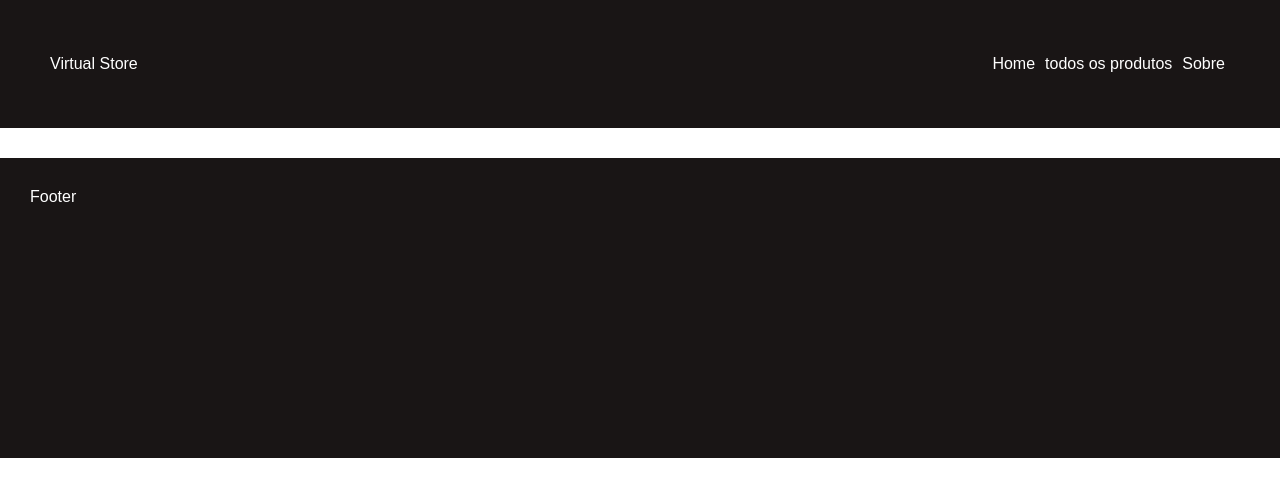
Repository: meiotera/virtuL-store
Page: /lista-de-produtos
An editor plug-in stored every save of this project. The page is shown before and after the next save, followed by the edit.
The browser window is 1280 px wide. The pictures show the whole page.
The page's requests for data from a server got no answer. The project was rebuilt for these pictures with package versions that can differ from the ones it lists, and the page was loaded fresh each time. No one was signed in, and anything a server would have sent is missing. Also part of the build but not shown: vite.config.js, src/pages/Home.jsx, src/styles/ProductCard.module.css, src/styles/Button.module.css, src/components/Button.jsx, src/components/ProductCard.jsx, src/styles/ProductDetail.module.css, src/pages/ProductDetail.jsx.

Above is the page before, as saved 2025-04-08 18:30:39.

### src/index.css
* {
  margin: 0;
  padding: 0;
  list-style: none;

  font-family: Arial, Helvetica, sans-serif;
  text-decoration: none;
  box-sizing: border-box;
}

body {
  margin: 0 auto;
}

### src/App.jsx
import { BrowserRouter, Link, Route, Routes } from 'react-router-dom';
import Header from './components/Header';
import Main from './components/Main';
import Footer from './components/Footer';
import Home from './pages/Home';
import ProductList from './pages/ProductList';
import ProductDetail from './pages/ProductDetail';

function App() {
  return (
    <BrowserRouter>
      <Header />

      <Main>
        <Routes>
          <Route path="/" element={<Home />} />
          <Route path="/lista-de-produtos" element={<ProductList />} />
          <Route
            path="/lista-de-produtos/:title/:id"
            element={<ProductDetail />}
          />
        </Routes>
      </Main>

      <Footer />
    </BrowserRouter>
  );
}

export default App;

### src/components/Header.jsx
import React from 'react';
import styles from '../styles/Header.module.css';

const Header = () => {
  return (
    <header className={styles.header}>
      <div className={styles.containerHeader}>
        <div>Virtual Store</div>

        <div className={styles.navContainer}>
          <nav>
            <a href="">Home</a>
            <a href="">todos os produtos</a>
            <a href="">Sobre</a>
          </nav>
        </div>
      </div>
    </header>
  );
};

export default Header;

### src/components/Main.jsx
import React from 'react';
import styles from '../styles/Main.module.css';

const Main = ({ children }) => {
  return <main className={styles.main}>{children}</main>;
};

export default Main;

### src/components/Footer.jsx
import React from 'react';
import styles from '../styles/Footer.module.css';

const Footer = () => {
  return <footer className={styles.footer}>Footer</footer>;
};

export default Footer;

### src/pages/ProductList.jsx
import React, { useEffect, useState } from 'react';
import { getAllProducts } from '../services/api';
import ProductCard from '../components/ProductCard';

import styles from '../styles/ProductList.module.css';

const ProductList = () => {
  const [products, setProdutcts] = useState([]);

  useEffect(() => {
    const fetchData = async () => {
      const data = await getAllProducts();
      setProdutcts(data);
    };

    fetchData();
  }, []);

  console.log(products);

  return (
    <div className={styles.containerProducts}>
      {products.map((product) => (
        <ProductCard
          key={product.id}
          id={product.id}
          title={product.title}
          image={product.image}
          rating={product.rating}
          price={product.price}
        />
      ))}
    </div>
  );
};

export default ProductList;

### src/styles/Header.module.css
.header {
  background-color: #191515;
  padding: 30px;
  margin-bottom: 30px;
  color: #fff;
}

.containerHeader {
  max-width: 1440px;
  display: flex;
  justify-content: space-between;
  flex-wrap: wrap;
  align-items: center;
  padding: 20px;
  margin: 0 auto;
}

.navContainer nav {
  display: flex;
  align-items: center;
}

.navContainer a {
  padding: 5px;

  color: #fff;
  text-decoration: none;
}

### src/styles/Main.module.css
.main {
  max-width: 1440px;
  margin: 0 auto;
}

### src/styles/Footer.module.css
.footer {
  padding: 30px;
  background-color: #191515;
  color: #fff;

  height: 300px;
}

### src/services/api.js
const BASE_URL = 'https://fakestoreapi.com';

// buscar todos os produtos
export const getAllProducts = async () => {
  const res = await fetch(`${BASE_URL}/products`);
  const data = await res.json();

  return data;
};

export const getASingleProduct = async (id) => {
  const res = await fetch(`${BASE_URL}/products/${id}`);
  const data = await res.json();

  return data;
};

### src/styles/ProductList.module.css
.containerProducts {
  display: flex;
  flex-wrap: wrap;
  justify-content: center;
  align-items: center;
  width: 100%;
  gap: 20px;
}

@media (min-width: 960px) {
  .containerProducts {
    justify-content: space-between;
  }
}

Loaded but not shown: index.html (common file); src/main.jsx (common file)

After the next save:
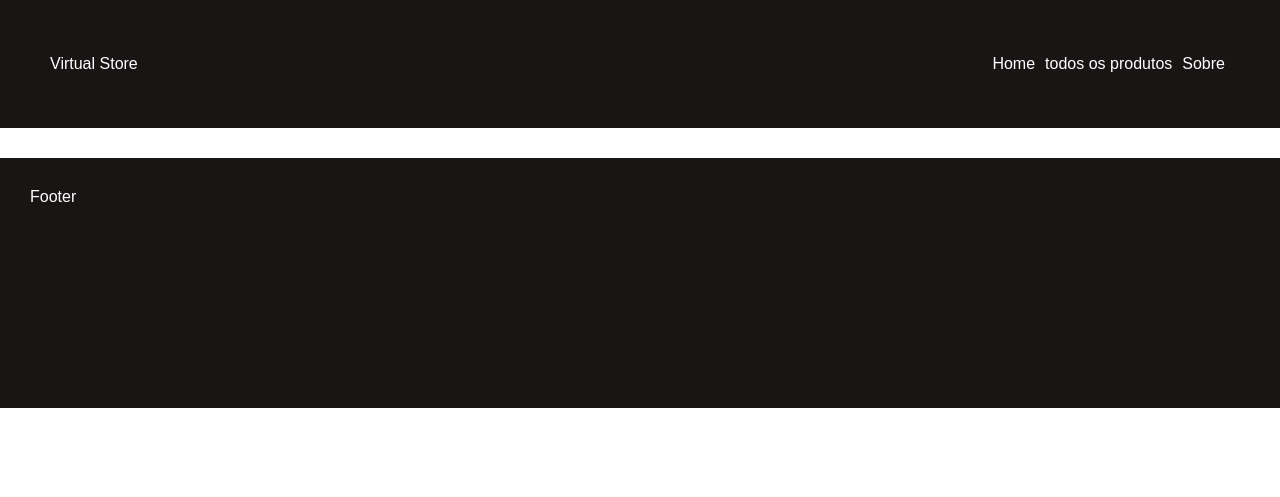
Saved 13 s later.
--- a/src/styles/Footer.module.css
+++ b/src/styles/Footer.module.css
@@ -3,5 +3,5 @@
   background-color: #191515;
   color: #fff;
 
-  height: 300px;
+  height: 250px;
 }
